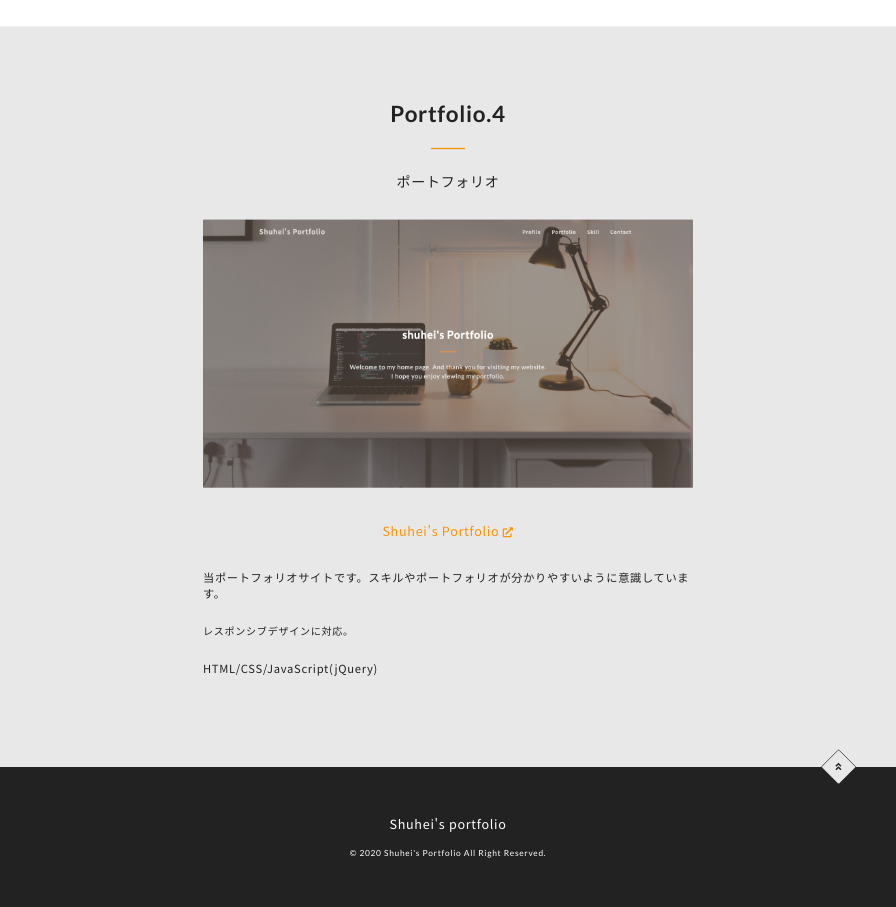
Repository: shuehi23/Portfolio
Page: portfolio/portfolio.html
These files come from the project's save history. The page is drawn as it stood at one moment and after the next save; the edit follows.
The browser window is 1280 px wide. The pictures show the part of the page from y = 4184 to 6104 px (the page is 5480 px tall before and 6538 px after), at 70% of full size.
A picture or video elsewhere on the page could not be fetched, so the positions and the page height are approximate. Some web libraries are served in a nearby version.

Above is the page before, as saved 2020-10-18 18:23:07.

After the next save:
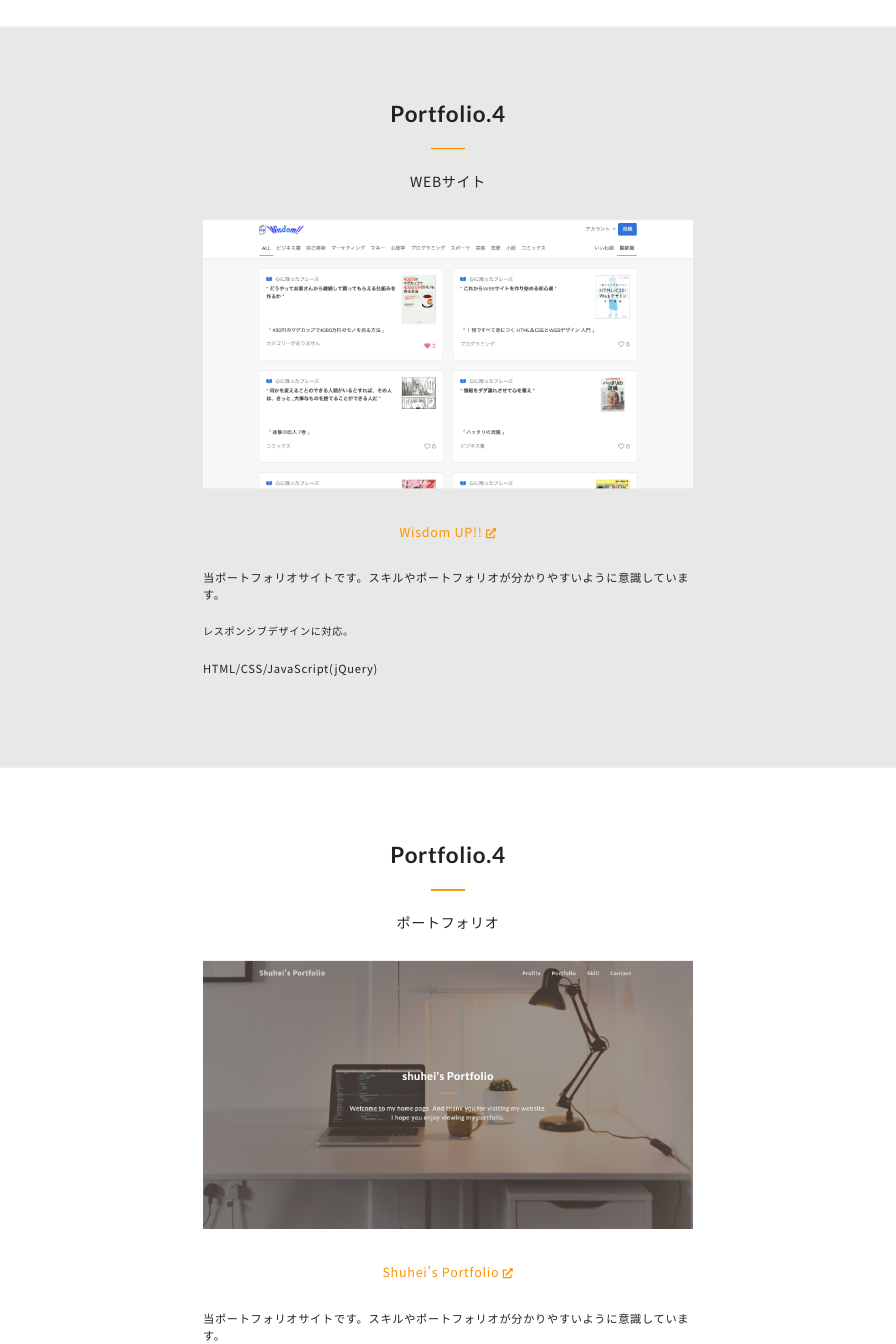
Saved 2 min 28 s later.
--- a/portfolio/portfolio.html
+++ b/portfolio/portfolio.html
@@ -135,6 +135,29 @@
       <div class="p-detail_container l-content-wrap-default">
         <h2 class="p-detail_title">Portfolio.4</h2>
         <hr>
+        <h3 class="p-detail_subtitle">WEBサイト</h3>
+        <img src="../image/wisdom.jpg" alt="" class="p-detail_image">
+        <div class="p-detail_link-wrap">
+          <a href="#" class="p-detail_link">
+            Wisdom UP!!<i class="fas fa-external-link-alt p-detail_icon"></i>
+          </a>
+        </div>
+        <p class="p-detail_text">
+                      当ポートフォリオサイトです。スキルやポートフォリオが分かりやすいように意識しています。
+                </p>
+        <p class="p-detail_text_small">
+                      レスポンシブデザインに対応。
+                    </p>
+        <p class="p-detail_text">
+                      HTML/CSS/JavaScript(jQuery)
+                    </p>
+      </div>
+    </article>
+    <!-- ポートフォリオ5 -->
+    <article id="portfolio04" class="p-detail">
+      <div class="p-detail_container l-content-wrap-default">
+        <h2 class="p-detail_title">Portfolio.4</h2>
+        <hr>
         <h3 class="p-detail_subtitle">ポートフォリオ</h3>
         <img src="../image/portfolio.jpg" alt="" class="p-detail_image">
         <div class="p-detail_link-wrap">
